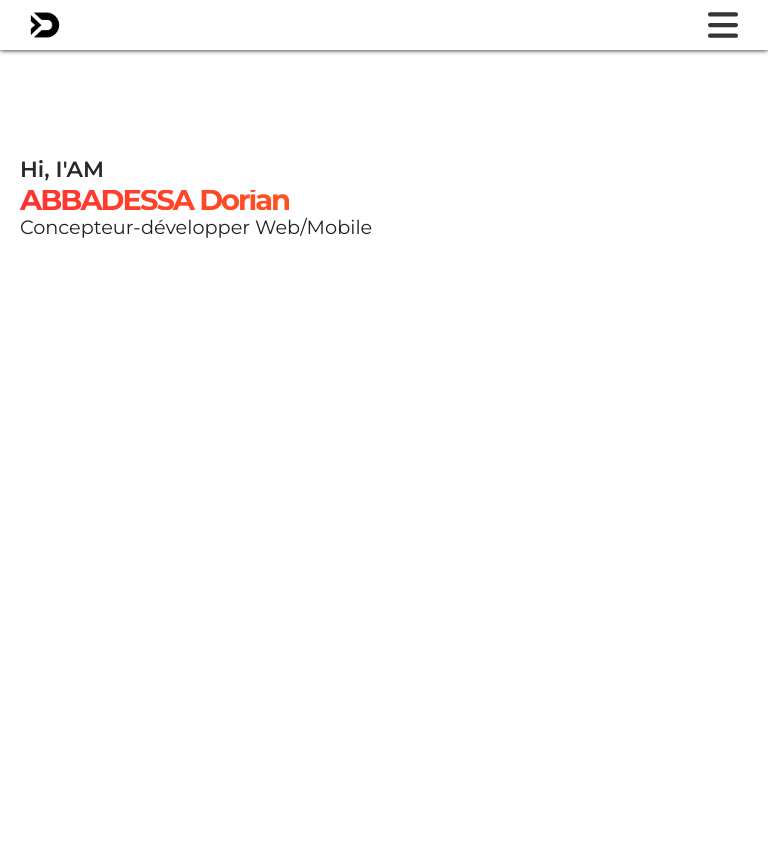
Repository: DorianABDS/Portfolio-ABBADESSA-Dorian
Page: index.html
An editor plug-in stored every save of this project. The page is shown before and after the next save, followed by the edit.
The browser window is 768 px wide. The pictures show the whole page.

Above is the page before, as saved 2024-11-26 20:36:49.

### index.html
<!DOCTYPE html>
<html lang="fr">
<head>
    <meta charset="UTF-8">
    <meta name="viewport" content="width=device-width, initial-scale=1.0">
    <meta charset="UTF-8">
    <meta name="viewport" content="width=device-width, initial-scale=1.0">
    <meta name="keywords" content="Portfolio, ABBADESSA Dorian, Web developper">
    <title>ABBADESSA Dorian - Portfolio</title>
    <link rel="shortcute icon" href="/src/img/Logo Div.png">
    <link rel="stylesheet" href="style.css">
</head>
<body>
    <header class="header">
        <nav class="navbar">
            <a href="index.html" class="logo"><img src="/src/img/Logo plat Div noir.png" alt=""></a>
            <div class="nav-links">
                <ul>
                    <li><a href="index.html">Accueil</a></li>
                    <li><a href="articles.html">Articles</a></li>
                    <li><a href="apropos.html">À propos</a></li>
                    <li><a href="contact.html">Contact</a></li>
                </ul>
            </div>
            <img src="/src/img/bars-solid.svg" alt="menu hamburger" class="menu-hamburger">
        </nav>
        <!-- <div class="social">
            <a href="#" title="Facebook"><img src="/src/img/icone Github.png" alt=""></a>
            <a href="#" title="Twitter"><img src="src/img/icone Linkedin.png" alt=""></a>
        </div> -->
    </header>
    <main>
        <section class="accueil">
            <div class="contrainer-accueil">
                <h2>Hi, I'AM</h2>
                <h1><span>ABBADESSA Dorian</span></h1>
                <p>Concepteur-développer Web/Mobile</p>
            </div>
        </section>
    </main>
</body>
<script>
    const menuHamburger = document.querySelector(".menu-hamburger")
    const navLinks = document.querySelector(".nav-links")
    const social = document.querySelector(".social")

    menuHamburger.addEventListener('click',()=>{
    navLinks.classList.toggle('mobile-menu')
    })
</script>
</html>

### style.css
@font-face {
    font-family: "Montserrat";
    src: url(/src/font/Montserrat-VariableFont_wght.ttf);
}

* {
    margin: 0;
    padding: 0;
    text-decoration: none;
    list-style: none;
    box-sizing: border-box;

}

html, body {
    font-size: 19.3px;
    color: rgba(0, 0, 0, .87);
    background-color: #fff;
    font-family: "Montserrat", sans-serif;
    line-height: 1.8;
    font-weight: 400;
}

.navbar {
    background: rgb(255, 255, 255);
    backdrop-filter: blur(10px);
    box-shadow: 0 0 5px rgb(0, 0, 0);;
    top: 0;
    left: 0;
    height: 50px;
    width: auto;
    position: fixed;
    padding-left: 30px;
    padding-right: 61px;
    width: 100%;
    display: flex;
    justify-content: space-between;
    align-items: center;
    z-index: 1;
}

.navbar a {
    color: #292929;
    font-weight: 700;
    display: inline;
}

.navbar .nav-links ul li a::after {
    content: "";
    display: block;
    height: 2px;
    background: rgb(255, 255, 255);
    transform: scale(0);
    transition: transform 0.2s ease-in-out;
}

.navbar .nav-links ul li a:hover::after {
    transform: scale(1);
}

.navbar .logo {
    transform: none;
    font-weight: 700;
}

.navbar .nav-links ul {
    display: flex;
    align-items: center;
}

.navbar .nav-links ul li {
    display: flex;
    margin: 0 25px;
}

.navbar .nav-links ul li img {
    display: flex;
    padding: -20px;
    margin-left: -23px;
}

.navbar .menu-hamburger {
    display: none;
    position: absolute;
    top: 8px;
    right: 30px;
    width: 30px;
}

.social a {
    border: solid;
}

.accueil {
    padding-top: 100px;
    margin-top: 50px;
    width: 100%;
    height: 100vh;
}

.contrainer-accueil {
    padding-left: 20px;
}

@media  screen and (max-width: 814px) {
    .navbar .menu-hamburger {
        display: block;
    }

    .nav-links.mobile-menu {
        margin-left: 0;
    }

    .navbar {
        padding: 0;
    }

    .navbar .logo {
        padding-left: 20px;
    }

    .navbar .logo img {
        display: flex;
        align-items: center;
        width: 50px;
    }

    .nav-links {
        position: absolute;
        background-color: rgba(255, 255, 255, 0.12);
        backdrop-filter: blur(8px);
        top: 0;
        left: 0;
        width: 100%;
        height: 100vh;
        display: flex;
        justify-content: center;
        align-items: center;
        margin-left: 100%;
        transition: all 0.5s ease;
    }

    .nav-links ul {
        display: flex;
        flex-direction: column;
        align-items: center;
    }

    .navbar .nav-links ul li {
        margin: 15px 0;
        font-size: 1.2em;
    }

    .accueil h2 {
        font-size: 22px;
        font-weight: 600;
        color: #292929;
    }

    .accueil h1 {
        line-height: 20px;
        letter-spacing: -2px;
        font-weight: 700;
        background: linear-gradient(90deg, rgba(255,50,50,1) 0%, rgba(255,136,0,1) 100%);
        -webkit-background-clip: text;
        -webkit-text-fill-color: transparent;
    }
}

### src/img/bars-solid.svg
<svg xmlns="http://www.w3.org/2000/svg" viewBox="0 0 448 512" fill="#353535"><!--!Font Awesome Free 6.7.0 by @fontawesome - https://fontawesome.com License - https://fontawesome.com/license/free Copyright 2024 Fonticons, Inc.--><path d="M0 96C0 78.3 14.3 64 32 64l384 0c17.7 0 32 14.3 32 32s-14.3 32-32 32L32 128C14.3 128 0 113.7 0 96zM0 256c0-17.7 14.3-32 32-32l384 0c17.7 0 32 14.3 32 32s-14.3 32-32 32L32 288c-17.7 0-32-14.3-32-32zM448 416c0 17.7-14.3 32-32 32L32 448c-17.7 0-32-14.3-32-32s14.3-32 32-32l384 0c17.7 0 32 14.3 32 32z"/></svg>

After the next save:
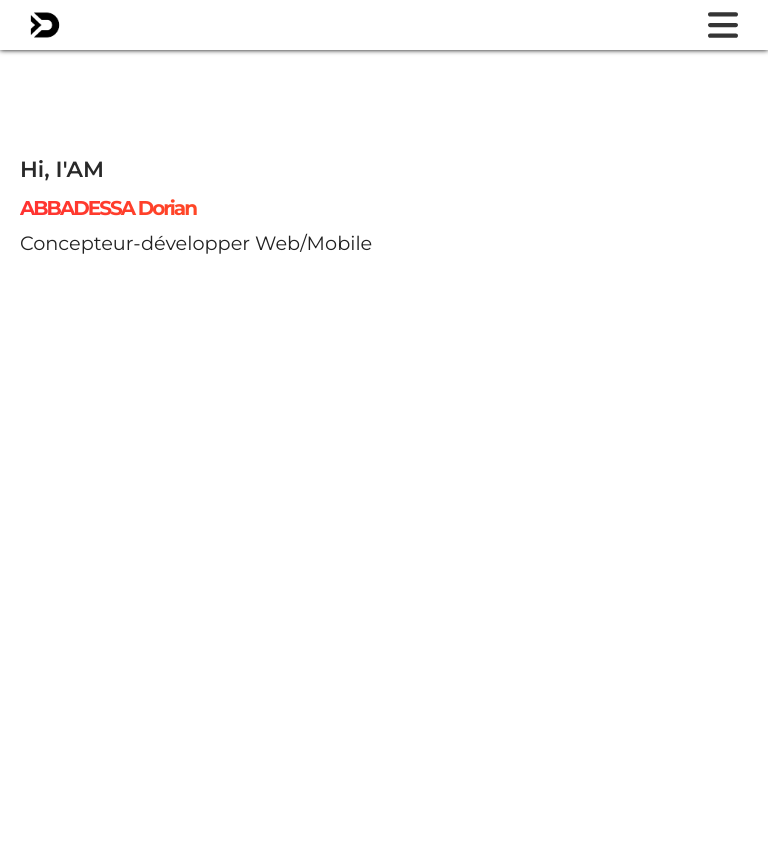
Saved 10 s later.
--- a/style.css
+++ b/style.css
@@ -158,7 +158,7 @@ html, body {
     }
 
     .accueil h1 {
-        line-height: 20px;
+        font-size: 20px;
         letter-spacing: -2px;
         font-weight: 700;
         background: linear-gradient(90deg, rgba(255,50,50,1) 0%, rgba(255,136,0,1) 100%);
